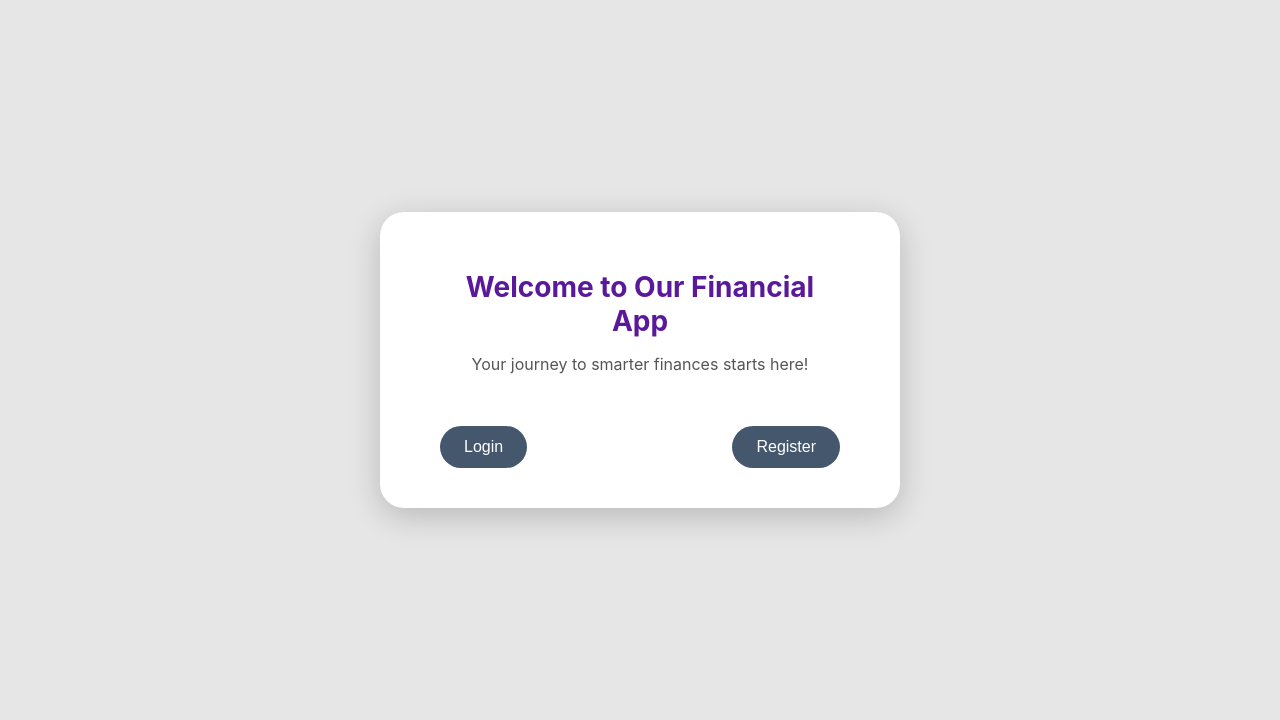
Repository: aab232/https---github.com-aab232-Deferred-Payment-Platform
Page: / (app in frontend/)
An editor plug-in stored every save of this project. The page is shown before and after the next save, followed by the edit.
The browser window is 1280 px wide. The pictures show the whole page.
The project was rebuilt for these pictures with package versions that can differ from the ones it lists, and the page was loaded fresh each time. Also part of the build but not shown: frontend/src/components/Register.js, frontend/src/components/Login.js.

Above is the page before, as saved 2025-03-18 01:01:04.

### frontend/src/App.js
import React from 'react';
import { BrowserRouter as Router, Routes, Route } from 'react-router-dom';
import Home from './components/Home';
import Register from './components/Register';
import Login from './components/Login';

const App = () => {
  return (
    <Router>
      <Routes>
        <Route path="/" element={<Home />} />
        <Route path="/login" element={<Login />} />
        <Route path="/register" element={<Register />} />
      </Routes>
    </Router>
  );
};

export default App;

### frontend/src/components/Home.js
import React from 'react';
import { useNavigate } from 'react-router-dom';
import './Home.css';

const Home = () => {
  const navigate = useNavigate();

  return (
    <div className="container">
      <div className="card">
        <h1>Welcome to Our Financial App</h1>
        <p>Your journey to smarter finances starts here!</p>
        <div className="button-group">
          <button onClick={() => navigate('/login')} className="btn">Login</button>
          <button onClick={() => navigate('/register')} className="btn">Register</button>
        </div>
      </div>
    </div>
  );
};

export default Home;

### frontend/src/components/Home.css
/* Centering and styling for Home page */
.container {
    display: flex;
    justify-content: center;
    align-items: center;
    height: 100vh; /* Full viewport height */
    background: linear-gradient(135deg, #8a2be2, #5a189a); /* Elegant gradient */
  }

  .card {
    text-align: center;
    background: #fff;
    padding: 40px 60px;
    border-radius: 24px;
    box-shadow: 0 8px 32px rgba(0, 0, 0, 0.2);
    max-width: 400px;
    width: 100%;
  }

  h1 {
    margin-bottom: 16px;
    font-size: 28px;
    color: #5a189a;
  }

  p {
    margin-bottom: 32px;
    font-size: 16px;
    color: #555;
  }

  .button-group {
    display: flex;
    justify-content: space-between;
  }

  .btn {
    padding: 12px 24px;
    font-size: 16px;
    border: none;
    border-radius: 30px; /* Rounded buttons */
    cursor: pointer;
    transition: background 0.3s ease;
    color: white;
    background: #5a189a;
  }

  .btn:hover {
    background: #8a2be2; /* Button hover effect */
  }

### frontend/src/components/Form.css
/* Form Styling for Login & Register */
.container {
    display: flex;
    justify-content: center;
    align-items: center;
    height: 100vh;
    background: linear-gradient(135deg, #E6E6E6, #E6E6E6);
  }

  .form-card {
    background: white;
    padding: 40px 60px;
    border-radius: 24px;
    box-shadow: 0 8px 32px rgba(0, 0, 0, 0.2);
    max-width: 400px;
    width: 100%;
    text-align: center;
  }

  h2 {
    color: #44576D;
  }

  input {
    display: block;
    width: 100%;
    margin: 10px 0;
    padding: 12px;
    border: 1px solid #ddd;
    border-radius: 30px;
  }

  .btn {
    padding: 12px 24px;
    margin-top: 20px;
    border-radius: 30px;
    border: none;
    color: white;
    background: #44576D;
    cursor: pointer;
  }

  .btn:hover {
    background: #6b212e;
  }

  .link {
    color: #44576D;
    cursor: pointer;
  }

Loaded but not shown: frontend/public/index.html (common file); frontend/src/index.js (common file); frontend/src/index.css (common file)

After the next save:
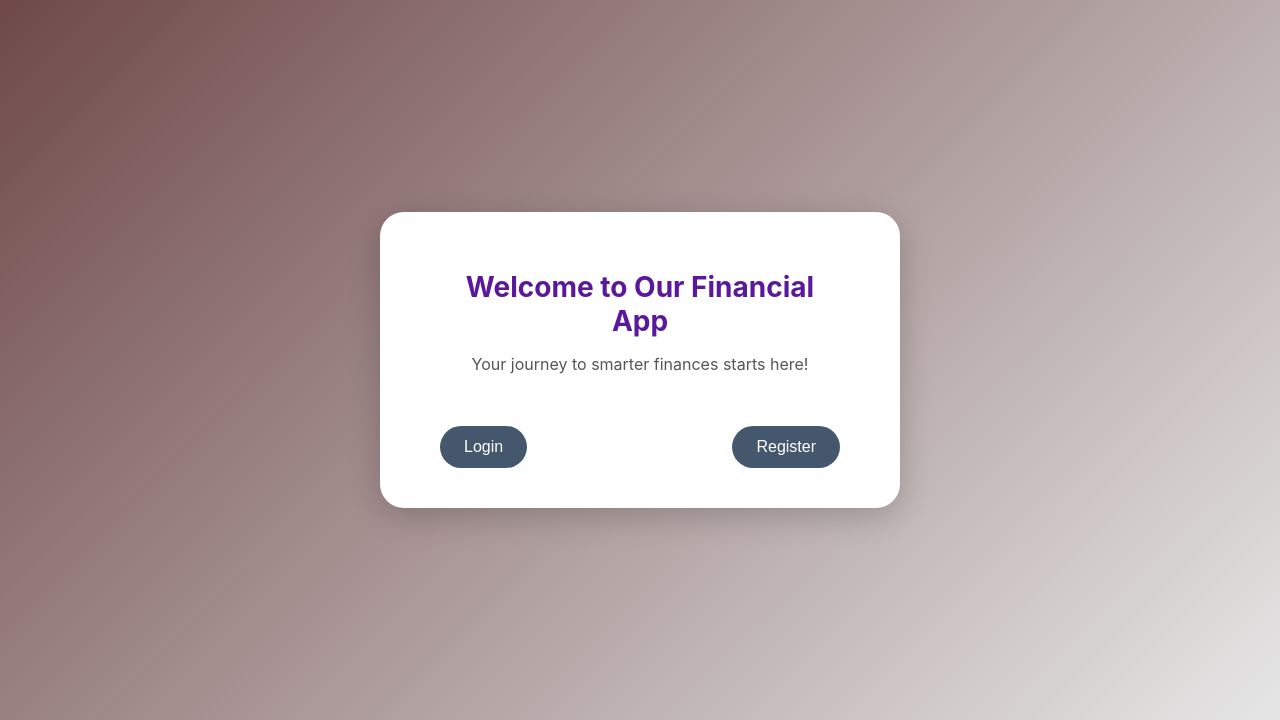
Saved 30 s later.
--- a/frontend/src/components/Form.css
+++ b/frontend/src/components/Form.css
@@ -4,7 +4,7 @@
     justify-content: center;
     align-items: center;
     height: 100vh;
-    background: linear-gradient(135deg, #E6E6E6, #E6E6E6);
+    background: linear-gradient(135deg, #6f4949, #E6E6E6);
   }
 
   .form-card {
